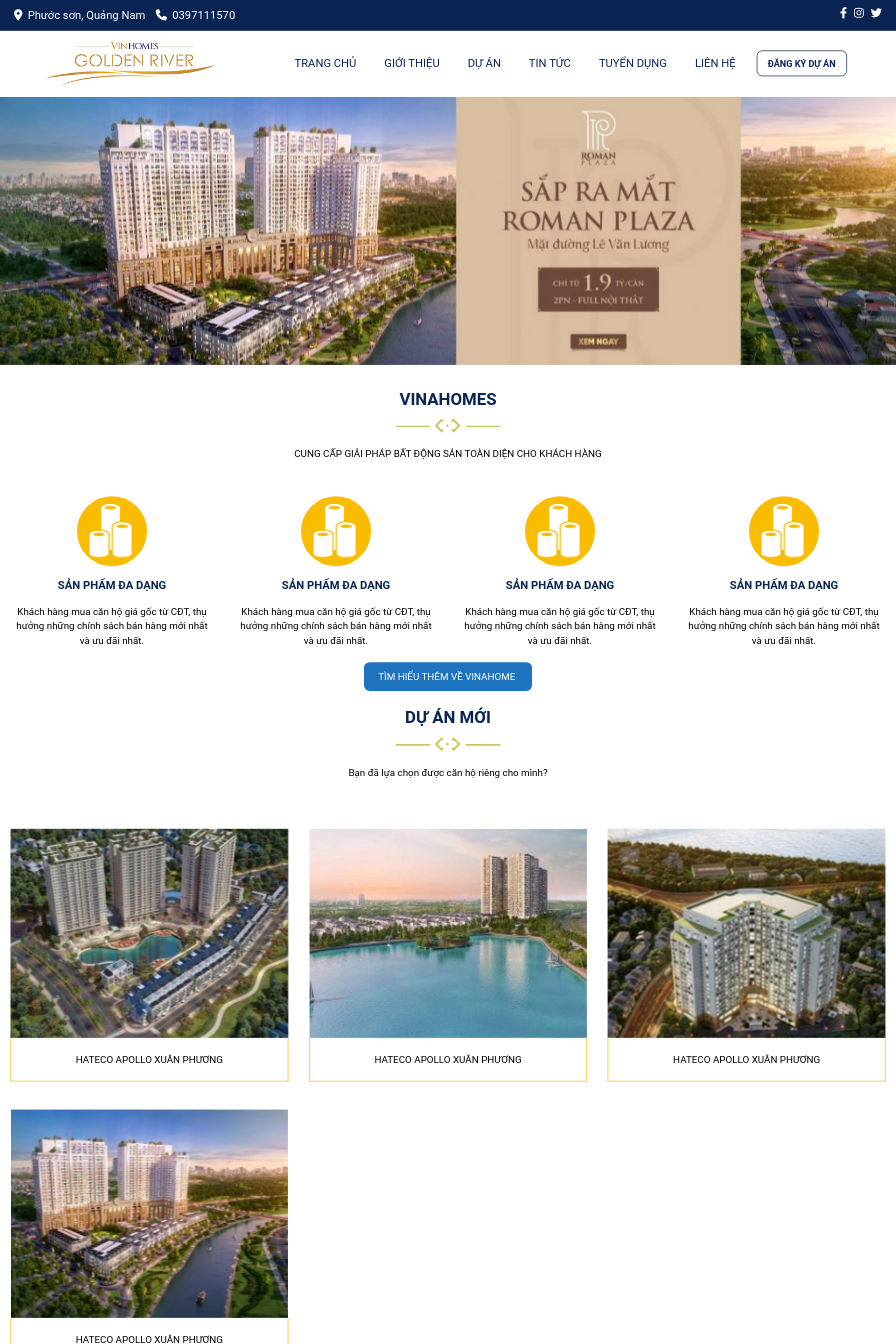
Repository: phamphuc2/fontend-bds
Page: index.html
These files come from the project's save history. The page is drawn as it stood at one moment and after the next save; the edit follows.
The browser window is 1280 px wide. The pictures show the part of the page from y = 0 to 1920 px (the page is 2624 px tall before and 2864 px after), at 70% of full size.
A picture or video elsewhere on the page could not be fetched, so the positions and the page height are approximate. Some web libraries are served in a nearby version.

Above is the page before, as saved 2022-06-08 15:55:12.

After the next save:
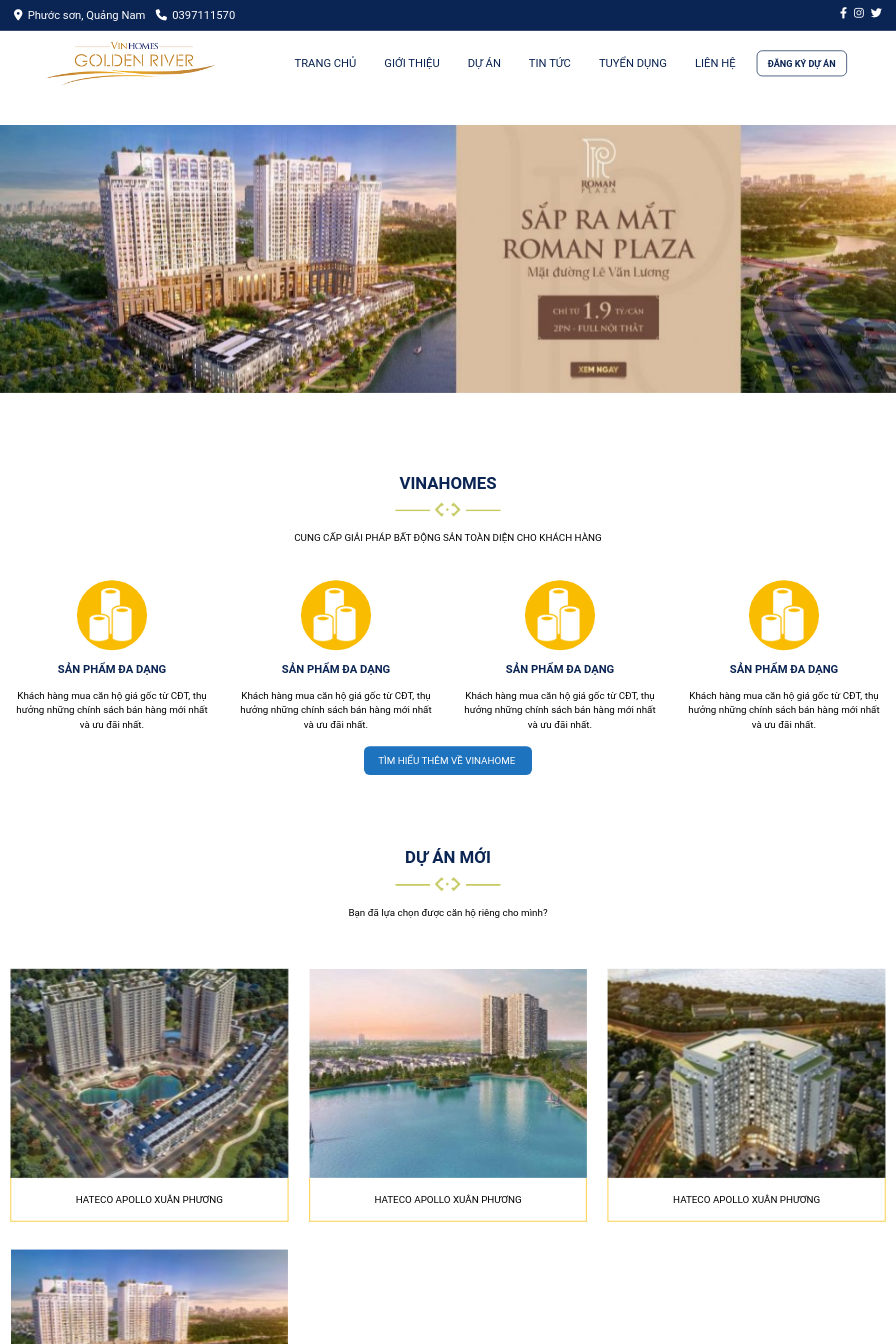
Saved 25 s later.
--- a/assets/css/theme.css
+++ b/assets/css/theme.css
@@ -9,6 +9,10 @@
 
 .mg{
     margin: 20px 0;
+}
+
+section{
+    padding: 40px 0;
 }
 
 /* header */
